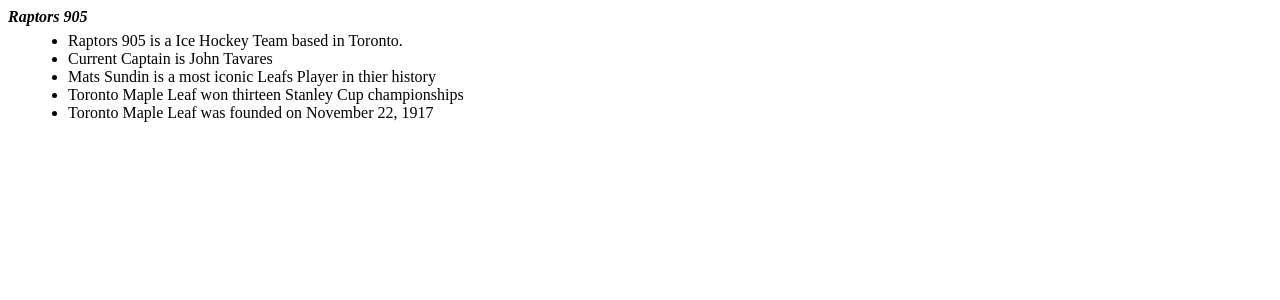
Repository: devanshudave1901/DevanshuDave_Sec002_ICE-05
Page: InfoFiles/raptorsTeam.html
These files come from the project's save history. The page is drawn as it stood at one moment and after the next save; the edit follows.
The browser window is 1280 px wide. The pictures show the whole page.

Above is the page before, as saved 2022-03-20 21:26:13.

After the next save:
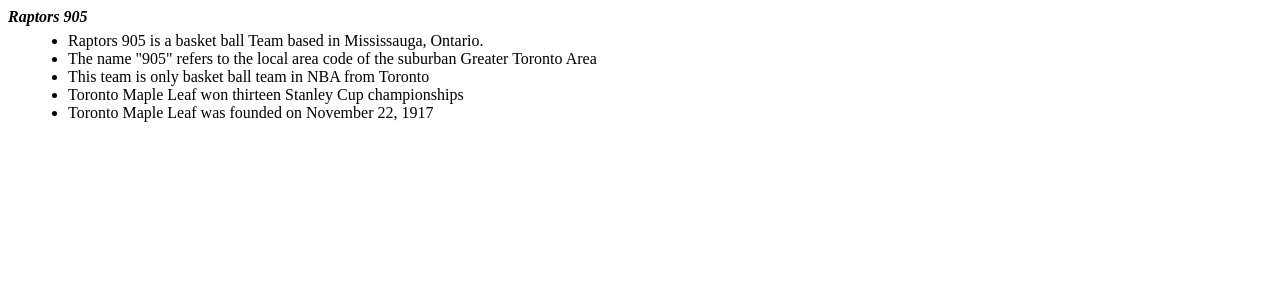
Saved 100 s later.
--- a/InfoFiles/raptorsTeam.html
+++ b/InfoFiles/raptorsTeam.html
@@ -7,9 +7,9 @@
 </head>
 <body>
 <div>
-<b><i>Raptors 905</i></b><ul style="margin: 6px 0px 6px 20px; text-indent: 0pt;"> <li>Raptors 905 is a Ice Hockey Team based in Toronto.
-<li >Current Captain is </b>John Tavares </li
-><li >  Mats Sundin is a most iconic Leafs Player in thier history</li>
+<b><i>Raptors 905</i></b><ul style="margin: 6px 0px 6px 20px; text-indent: 0pt;"> <li>Raptors 905 is a basket ball Team based in Mississauga, Ontario.
+<li > The name "905" refers to the local area code of the suburban Greater Toronto Area</li
+><li > This team is only basket ball team in NBA from Toronto</li>
 <li>Toronto Maple Leaf won  thirteen Stanley Cup championships</li>
 <li>Toronto Maple Leaf was founded on November 22, 1917</li>
 </div>
